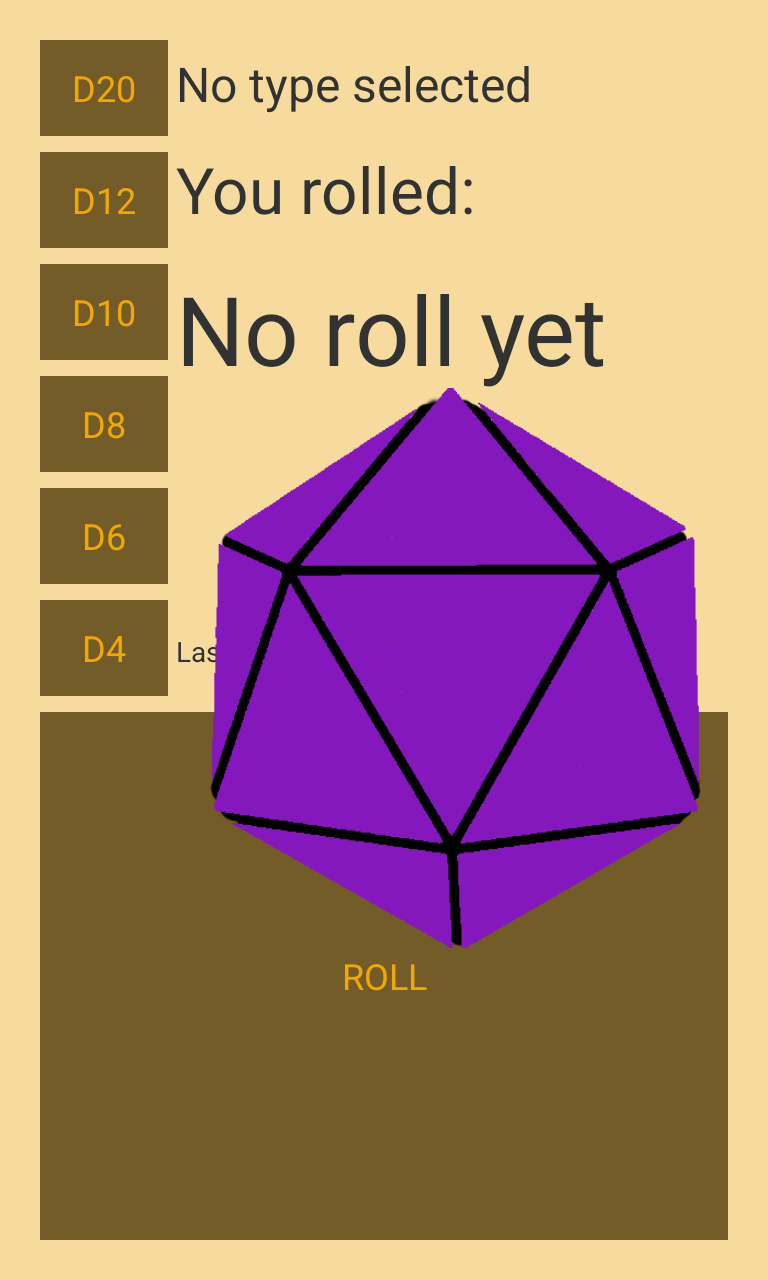
Repository: Bjodol/Roller
Layout: Roller3/res/layout/activity_main.xml
These files come from the project's save history. The layout is drawn as it stood at one moment and after the next save; the edit follows.
It is drawn on a 768 x 1280 px phone screen (xhdpi) without system bars, with theme AppTheme; the app's code is not run. The app's manifest (not shown) leaves right-to-left support off. So textAlignment, textDirection and layoutDirection are ignored, and left and right values win over start and end ones.

Above is the layout before, as saved 2013-08-31 09:27:53.

After the next save:
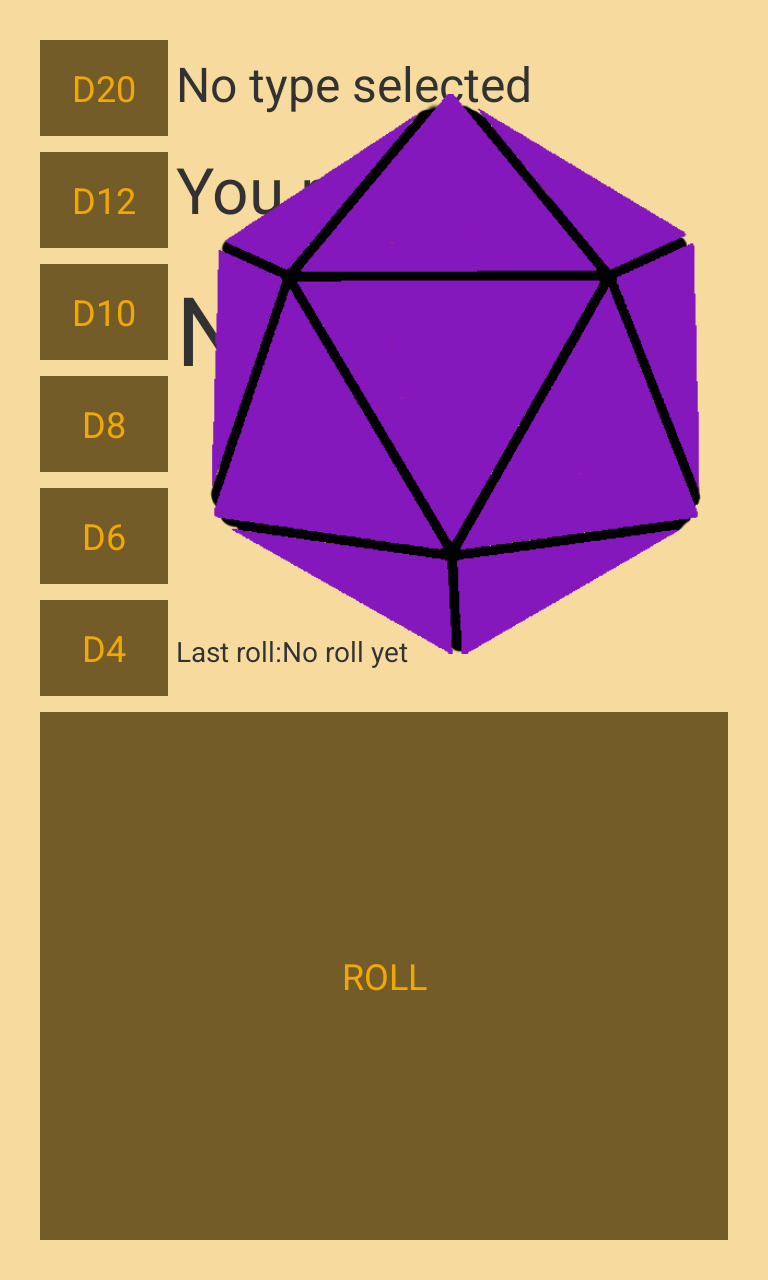
Saved 23 s later.
--- a/Roller3/res/layout/activity_main.xml
+++ b/Roller3/res/layout/activity_main.xml
@@ -152,7 +152,6 @@
         android:layout_width="wrap_content"
         android:layout_height="wrap_content"
         android:layout_toRightOf="@id/d10"
-        android:layout_alignBaseline="@id/d10"
         android:layout_alignParentRight="true"
         android:src="@drawable/purple_dice" />
 
